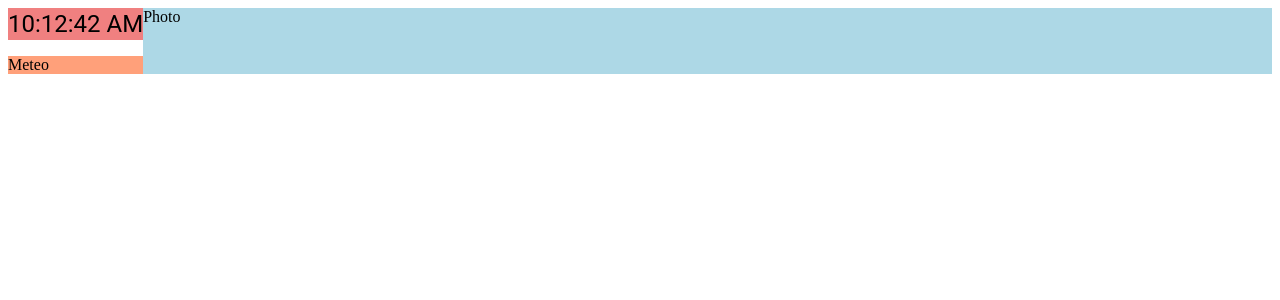
Repository: songvi/meteo
Page: /
The author's editor kept a copy of each file at every save. The page is drawn from the files as they stood at one save, then again after the next save.
The browser window is 1280 px wide. The pictures show the whole page.
The project was rebuilt for these pictures with package versions that can differ from the ones it lists, and the page was loaded fresh each time. Also part of the build but not shown: src/App.css.

Above is the page before, as saved 2023-04-02 23:26:33.

### src/App.tsx
import React from 'react';
import logo from './logo.svg';
import './App.css';
import Navbar from './app/Navbar';

function App() {
  return (
    <Navbar />
  );
}

export default App;

### src/app/Navbar.tsx
import { Box, Stack } from '@mui/material'
import Meteo from '../features/meteo/Meteo'
import Photo from '../features/media/Photo'
import Datetime from '../features/datetime/Datetime'

const Navbar = () => {
    return (
        <Box>
            <Stack direction={'row'}>
                <Stack  spacing={2} direction={'column'} justifyContent={'center'}>
                    <Datetime />
                    <Meteo />
                </Stack>
                <Photo />
            </Stack>
        </Box>
    )
}

export default Navbar

### src/features/meteo/Meteo.tsx
import { Box } from '@mui/material';
import React from 'react';

const Meteo = () => {
  return (
    <Box justifyContent={'center'} bgcolor={'lightsalmon'}>Meteo</Box>
  )
}

export default Meteo

### src/features/media/Photo.tsx
import { Box } from '@mui/material'
import React from 'react'

const Photo = () => {
  return (
    <Box flex={4}  sx={{ backgroundColor: 'lightblue' }}>Photo</Box>
  )
}

export default Photo

### src/features/datetime/Datetime.tsx
import Clock from 'react-clock'
import { Box, Typography } from '@mui/material'
import { useEffect } from 'react';
import { useState } from 'react';

const Datetime = () => {
    const [value, setValue] = useState(new Date());

    useEffect(() => {
        const interval = setInterval(() => setValue(new Date()), 1000)

        return () => { clearInterval(interval); }
    }, [])

    return (
        <Box flex={2} alignContent={'center'} justifyContent={'center'} bgcolor={'lightcoral'}>
            <Typography variant='h5'>{value ? value.toLocaleTimeString() : ""}</Typography>
        </Box>
    )
}

export default Datetime

Loaded but not shown: public/index.html (common file); src/index.tsx (common file)

After the next save:
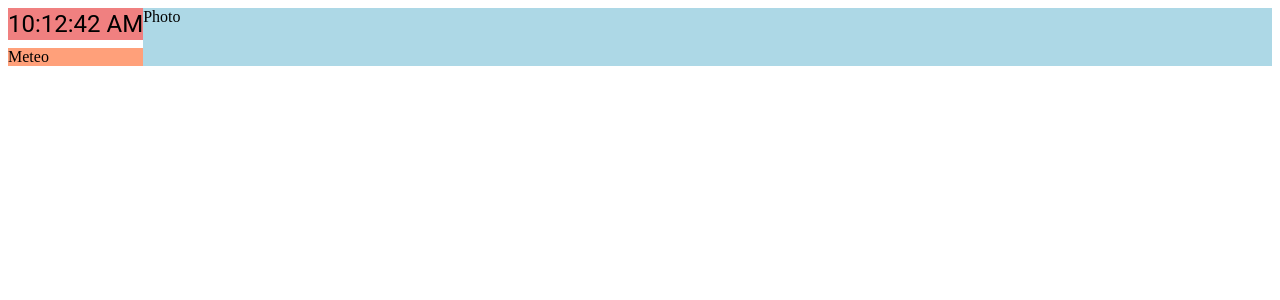
Saved 15 s later.
--- a/src/app/Navbar.tsx
+++ b/src/app/Navbar.tsx
@@ -7,7 +7,7 @@ const Navbar = () => {
     return (
         <Box>
             <Stack direction={'row'}>
-                <Stack  spacing={2} direction={'column'} justifyContent={'center'}>
+                <Stack  spacing={1} direction={'column'} justifyContent={'center'}>
                     <Datetime />
                     <Meteo />
                 </Stack>
